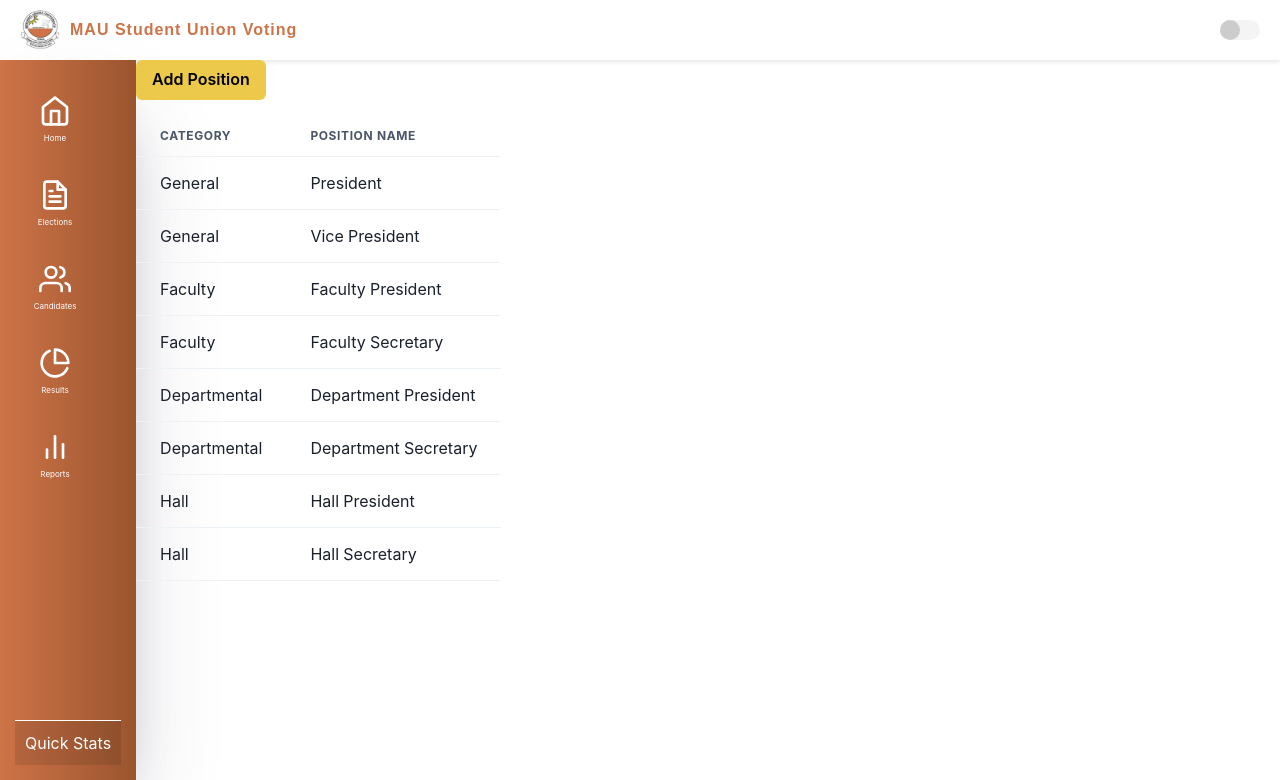
Repository: joena1o/e-vote
Page: /ElectionCommittee-dashboard/election-list
The author's editor kept a copy of each file at every save. The page is drawn from the files as they stood at one save, then again after the next save.
The browser window is 1280 px wide. The pictures show the whole page.
The project was rebuilt for these pictures with package versions that can differ from the ones it lists, and the page was loaded fresh each time. Also part of the build but not shown: src/components/EnhancedLogin.js, src/components/maincontent/RegisterStudents/ManageStudents.js, src/components/maincontent/RegisterStudents/RegisterStudents.js, src/components/maincontent/RegisterStudents/StudentManagement.js, src/components/maincontent/ElectionResults/ViewResults.js, src/components/maincontent/Settings/Settings.js, src/api/index.js, src/components/maincontent/home/Home.styles.js and 16 more.

Above is the page before, as saved 2023-10-27 03:03:30.

After the next save:
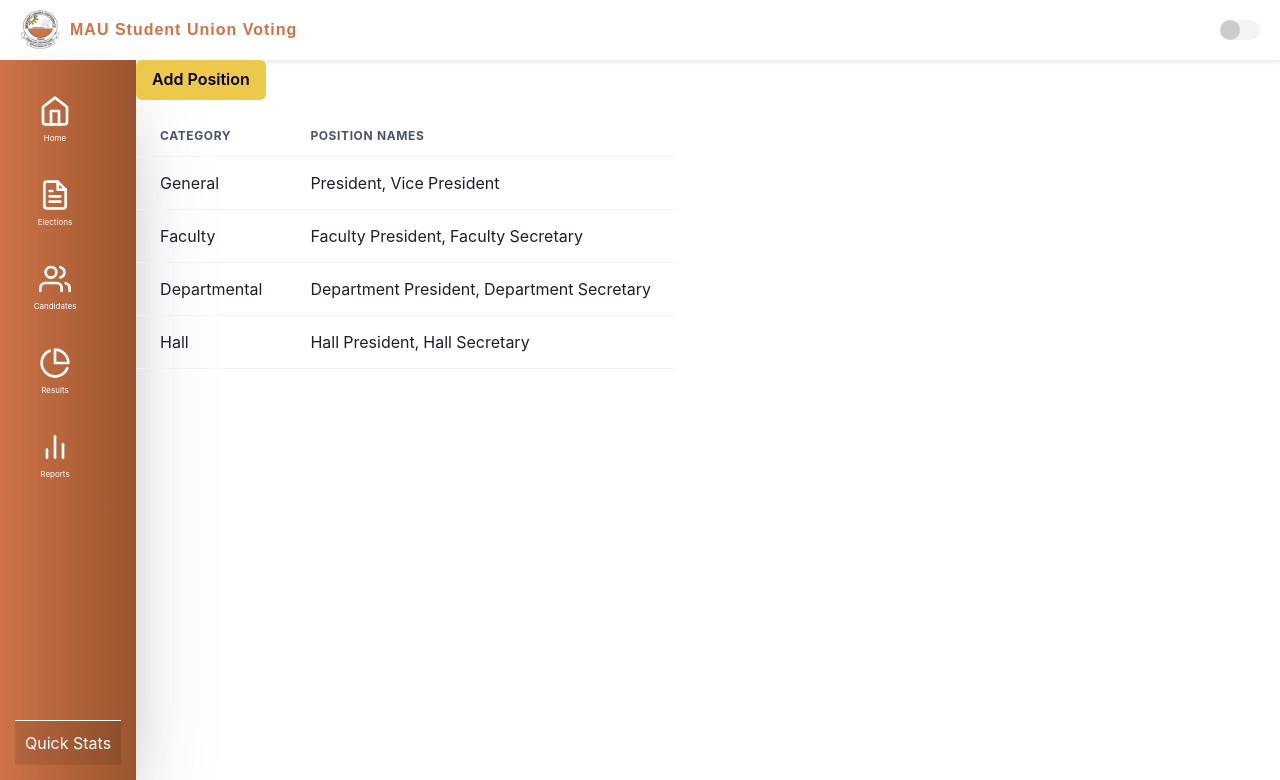
Saved 14 min 9 s later.
--- a/src/components/maincontent/ManageElections/ElectionList.js
+++ b/src/components/maincontent/ManageElections/ElectionList.js
@@ -23,24 +23,16 @@ import {
 import Select from 'react-select';
 
 const PositionList = () => {
-  const [positions, setPositions] = useState({
-    General: [
-      { name: 'President' },
-      { name: 'Vice President' },
-    ],
-    Faculty: [
-      { name: 'Faculty President' },
-      { name: 'Faculty Secretary' },
-    ],
-    Departmental: [
-      { name: 'Department President' },
-      { name: 'Department Secretary' },
-    ],
-    Hall: [
-      { name: 'Hall President' },
-      { name: 'Hall Secretary' },
-    ],
-  });
+  const [positions, setPositions] = useState([
+    { category: 'General', name: 'President' },
+    { category: 'General', name: 'Vice President' },
+    { category: 'Faculty', name: 'Faculty President' },
+    { category: 'Faculty', name: 'Faculty Secretary' },
+    { category: 'Departmental', name: 'Department President' },
+    { category: 'Departmental', name: 'Department Secretary' },
+    { category: 'Hall', name: 'Hall President' },
+    { category: 'Hall', name: 'Hall Secretary' },
+  ]);
   const [isModalOpen, setIsModalOpen] = useState(false);
 
   const [newPosition, setNewPosition] = useState({
@@ -57,11 +49,7 @@ const PositionList = () => {
   };
 
   const handleSubmit = () => {
-    const updatedPositions = { ...positions };
-    updatedPositions[newPosition.category].push({
-      name: newPosition.name,
-    });
-    setPositions(updatedPositions);
+    setPositions([...positions, { ...newPosition }]);
     setNewPosition({ category: 'General', name: '' });
     closeModal();
   };
@@ -73,6 +61,16 @@ const PositionList = () => {
     { value: 'Hall', label: 'Hall' },
   ];
 
+  // Group positions by category
+  const groupedPositions = {};
+  positions.forEach((position) => {
+    const { category, name } = position;
+    if (!groupedPositions[category]) {
+      groupedPositions[category] = [];
+    }
+    groupedPositions[category].push(name);
+  });
+
   return (
     <Box>
       <Button onClick={openModal} colorScheme="yellow">
@@ -83,18 +81,16 @@ const PositionList = () => {
         <Thead>
           <Tr>
             <Th>Category</Th>
-            <Th>Position Name</Th>
+            <Th>Position Names</Th>
           </Tr>
         </Thead>
         <Tbody>
-          {Object.keys(positions).map((category) =>
-            positions[category].map((position, index) => (
-              <Tr key={index}>
-                <Td>{category}</Td>
-                <Td>{position.name}</Td>
-              </Tr>
-            ))
-          )}
+          {Object.keys(groupedPositions).map((category) => (
+            <Tr key={category}>
+              <Td>{category}</Td>
+              <Td>{groupedPositions[category].join(', ')}</Td>
+            </Tr>
+          ))}
         </Tbody>
       </Table>
 
